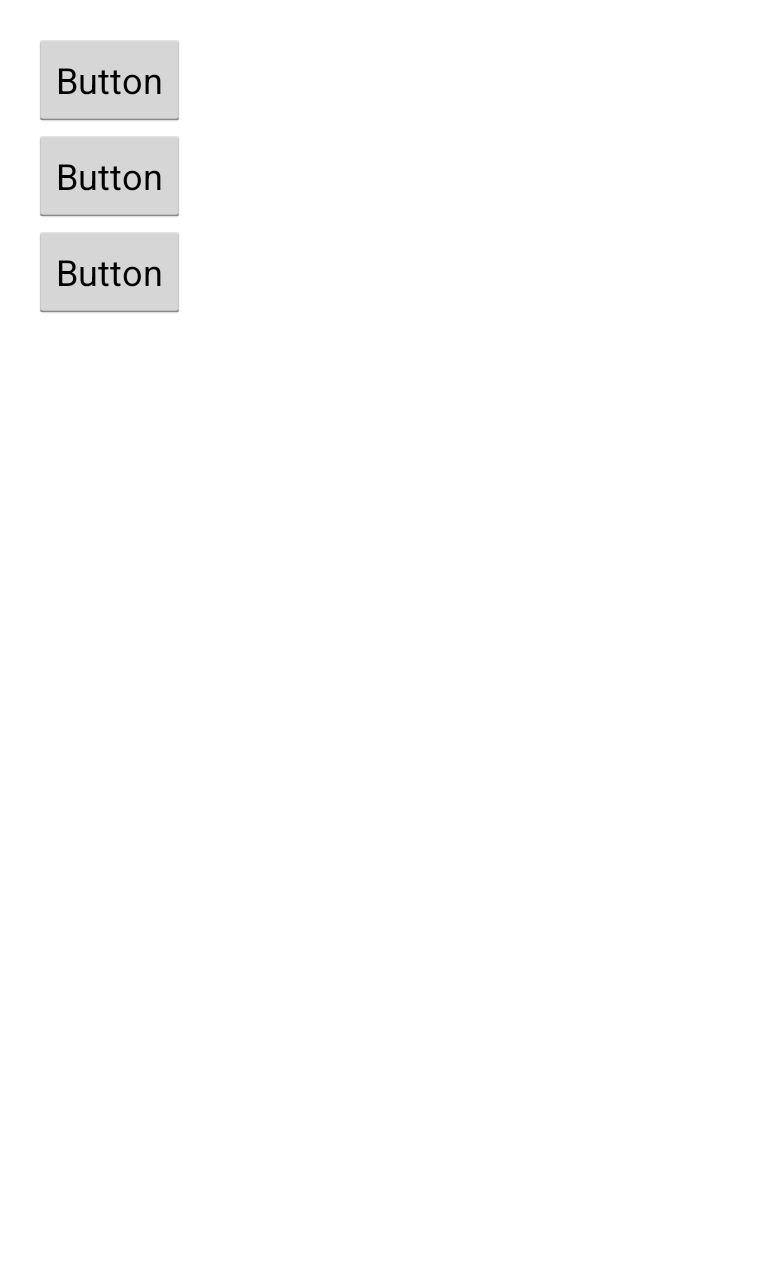
Repository: adrish00/android_learning
Layout: Demo001LinearLayoutExample/res/layout/activity_demo001_main.xml
An editor plug-in stored every save of this project. The layout is shown before and after the next save, followed by the edit.
It is drawn on a 768 x 1280 px phone screen (xhdpi) without system bars, with theme AppTheme; the app's code is not run.

Above is the layout before, as saved 2015-09-04 23:04:51.

### Demo001LinearLayoutExample/res/layout/activity_demo001_main.xml
<LinearLayout xmlns:android="http://schemas.android.com/apk/res/android"
    xmlns:tools="http://schemas.android.com/tools"
    android:id="@+id/LinearLayout2"
    android:layout_width="match_parent"
    android:layout_height="match_parent"
    android:orientation="vertical"
    android:paddingBottom="@dimen/activity_vertical_margin"
    android:paddingLeft="@dimen/activity_horizontal_margin"
    android:paddingRight="@dimen/activity_horizontal_margin"
    android:paddingTop="@dimen/activity_vertical_margin"
    tools:context="com.learning.anroid.demo001.Demo001MainActivity" >

    <Button
        android:id="@+id/button1"
        android:layout_width="wrap_content"
        android:layout_height="wrap_content"
        android:text="Button" />

    <Button
        android:id="@+id/button2"
        android:layout_width="wrap_content"
        android:layout_height="wrap_content"
        android:text="Button" />

    <Button
        android:id="@+id/button3"
        android:layout_width="wrap_content"
        android:layout_height="wrap_content"
        android:text="Button" />

</LinearLayout>

Loaded but not shown: Demo001LinearLayoutExample/res/values/styles.xml (common file); Demo001LinearLayoutExample/res/values-v11/styles.xml (common file); Demo001LinearLayoutExample/res/values-v14/styles.xml (common file); Demo001LinearLayoutExample/res/values/dimens.xml (common file); Demo001LinearLayoutExample/res/values-w820dp/dimens.xml (common file)

After the next save:
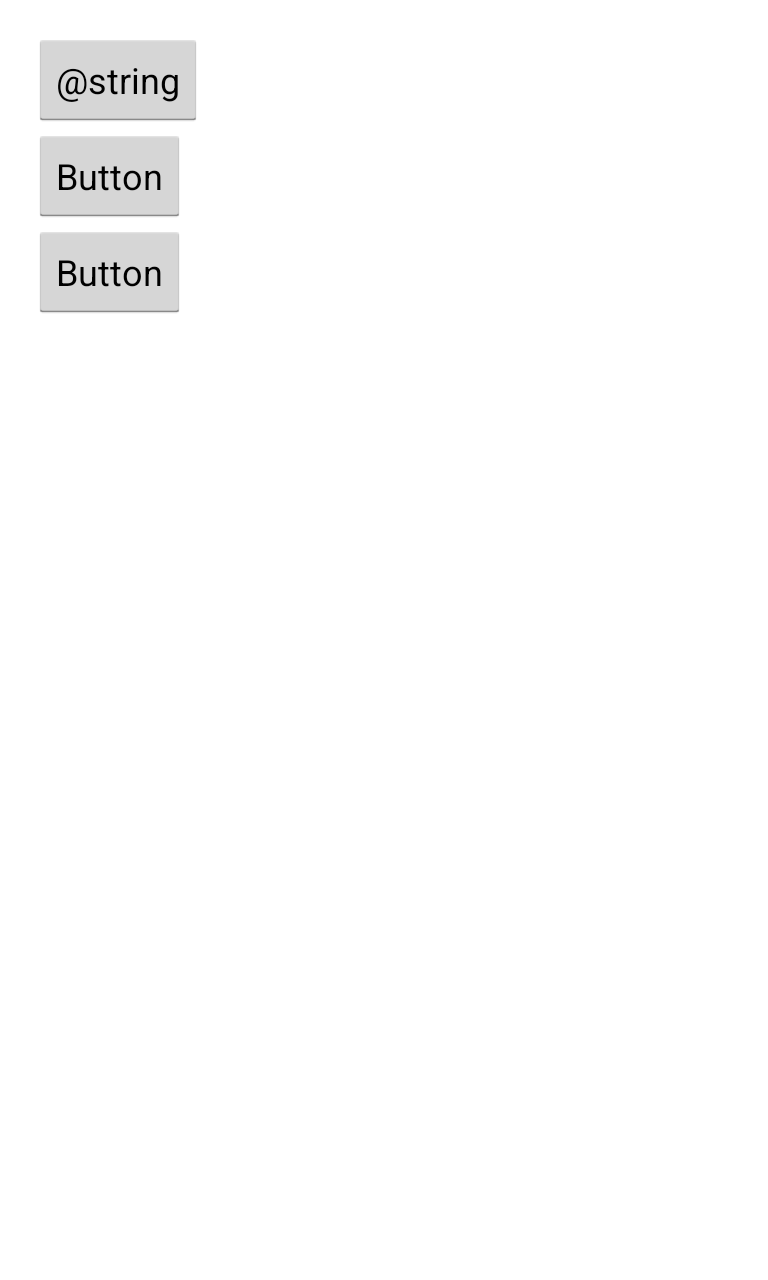
Saved 29 s later.
--- a/Demo001LinearLayoutExample/res/layout/activity_demo001_main.xml
+++ b/Demo001LinearLayoutExample/res/layout/activity_demo001_main.xml
@@ -14,7 +14,7 @@
         android:id="@+id/button1"
         android:layout_width="wrap_content"
         android:layout_height="wrap_content"
-        android:text="Button" />
+        android:text="@string" />
 
     <Button
         android:id="@+id/button2"
